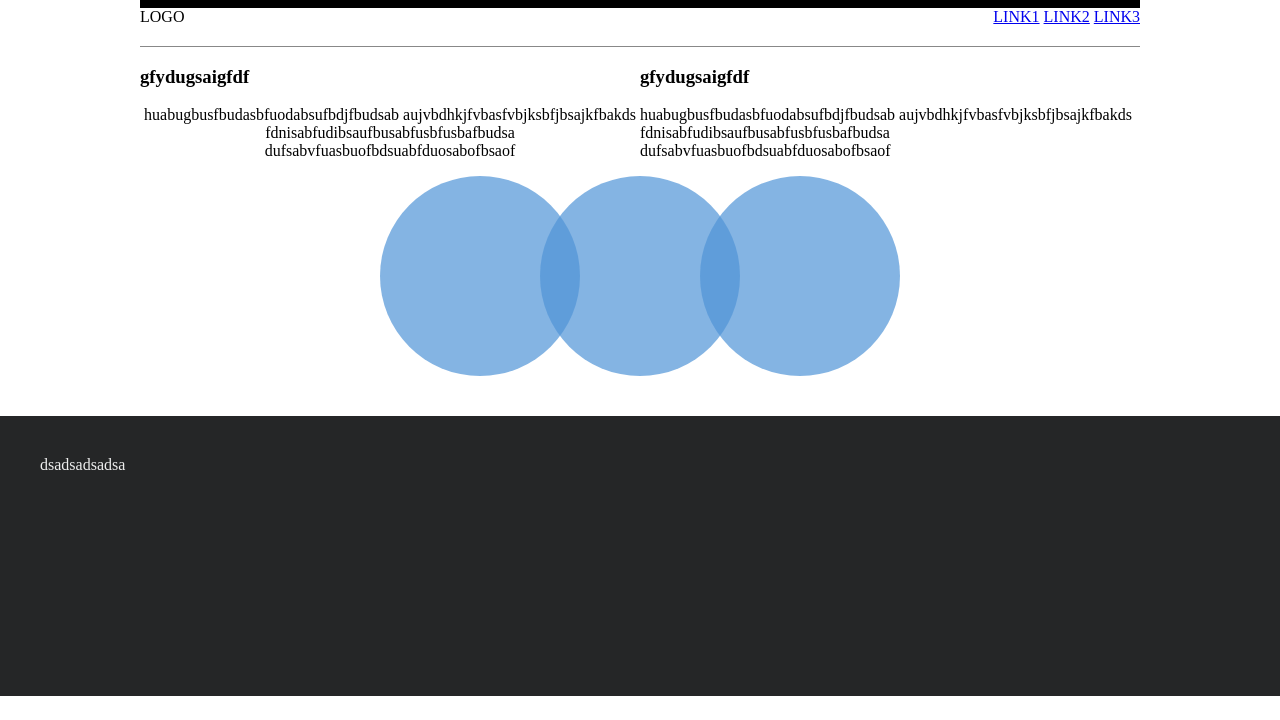
Repository: Gumiin/studia
Page: lesson 2/index.html
These files come from the project's save history. The page is drawn as it stood at one moment and after the next save; the edit follows.
The browser window is 1280 px wide. The pictures show the whole page.

Above is the page before, as saved 2021-03-17 17:53:33.

### lesson 2/index.html
<!DOCTYPE html>
<html lang="en">
<head>
    <meta charset="UTF-8">
    <meta http-equiv="X-UA-Compatible" content="IE=edge">
    <meta name="viewport" content="width=device-width, initial-scale=1.0">
    <title>Document</title>
    <link rel="stylesheet" href="style.css">
</head>
<body>
    <div id="main">
        <div id="header-bar"></div>
        <div id="header">
            <div id="logo">
                LOGO
            </div>
            <div id="navigation">
                <a href="#">link1</a>
                <a href="#">link2</a>
                <a href="#">link3</a>
            </div>
        </div>
        <div id="news">
            <div id="news1">
               <h3>gfydugsaigfdf</h3>
                <p>
                    huabugbusfbudasbfuodabsufbdjfbudsab
                    aujvbdhkjfvbasfvbjksbfjbsajkfbakds
                    fdnisabfudibsaufbusabfusbfusbafbudsa
                    dufsabvfuasbuofbdsuabfduosabofbsaof
                </p>
            </div>
            <div id="news2">
                <h3>gfydugsaigfdf</h3>
                <p>
                    huabugbusfbudasbfuodabsufbdjfbudsab
                    aujvbdhkjfvbasfvbjksbfjbsajkfbakds
                    fdnisabfudibsaufbusabfusbfusbafbudsa
                    dufsabvfuasbuofbdsuabfduosabofbsaof
                </p>
            </div>
        </div>
        <div id="circles">
            <div id="circle1"></div>
            <div id="circle2"></div>
            <div id="circle3"></div>
        </div>
    </div>
    <div id="footer">
        dsadsadsadsa
    </div>
</body>
</html>

### lesson 2/style.css
body{
    margin:0px
}
#main{
    width: 1000px;
    margin-left: auto;
    margin-right: auto;
}
#header-bar{
    height: 8px;
    background-color: black;
}
#header{
    display: flex;
    justify-content: space-between;
    padding-bottom: 20px;
    border-bottom: 1px solid #888;
}
#navigation{
    text-decoration: none;
    text-transform: uppercase;
}
#news{
    display: flex;
}
#news1 p{
    text-align: center;
}
#circles{
    display: flex;
    justify-content: center;
}
#circle1{
    background-color:  #5094d8;
    width: 200px;
    height: 200px;
    border-radius: 50%;
    opacity: 0.7;
}
#circle1:hover{
    opacity: 0.85;
}
#circle2{
    background-color:  #5094d8;
    width: 200px;
    height: 200px;
    border-radius: 50%;
    opacity: 0.7;
    margin-left: -40px;
}
#circle2:hover{
    opacity: 0.85;
}
#circle3{
    background-color:  #5094d8;
    width: 200px;
    height: 200px;
    border-radius: 50%;
    opacity: 0.7;
    margin-left: -40px;
}
#circle3:hover{
    opacity: 0.85;
}
#footer{
    background-color: #252627;
    background-image: ;
    background-repeat: repeat-x;
    height: 200px;
    margin-top: 40px;
    color:#eee;
    padding: 40px;
}

After the next save:
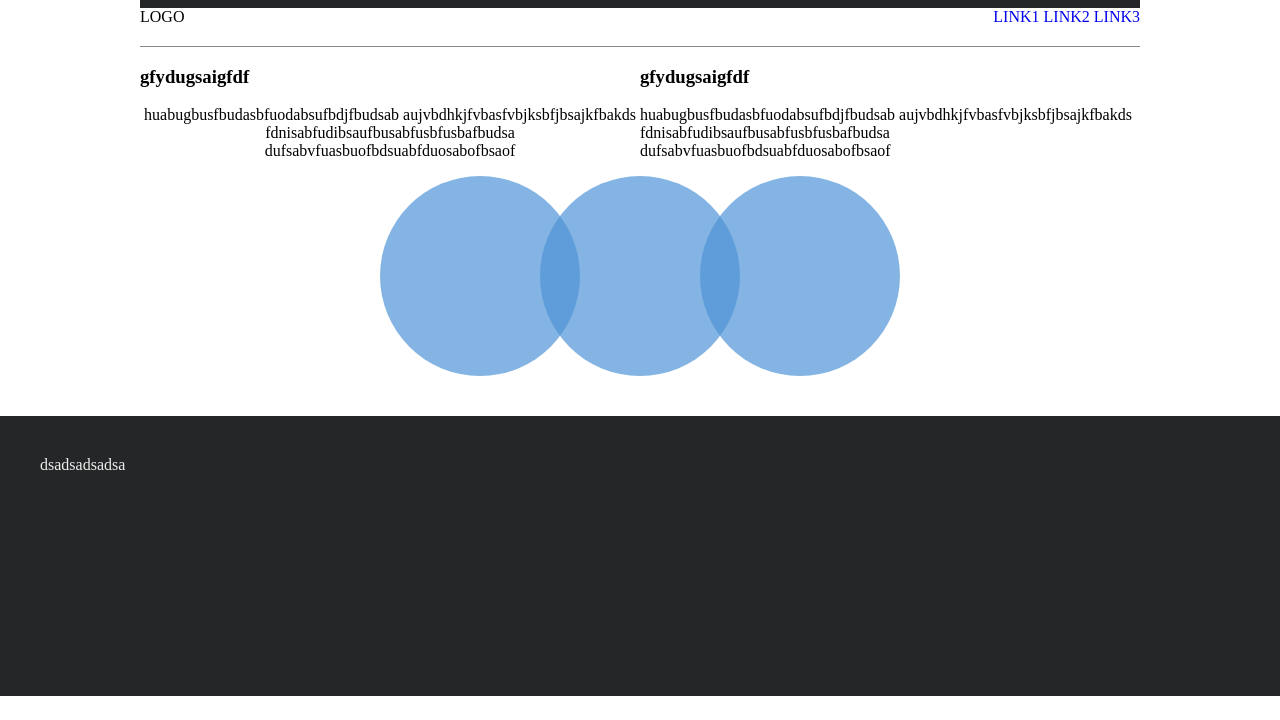
Saved 32 s later.
--- a/lesson 2/style.css
+++ b/lesson 2/style.css
@@ -8,7 +8,7 @@ body{
 }
 #header-bar{
     height: 8px;
-    background-color: black;
+    background-color: #252627;
 }
 #header{
     display: flex;
@@ -16,7 +16,7 @@ body{
     padding-bottom: 20px;
     border-bottom: 1px solid #888;
 }
-#navigation{
+#navigation a{
     text-decoration: none;
     text-transform: uppercase;
 }
